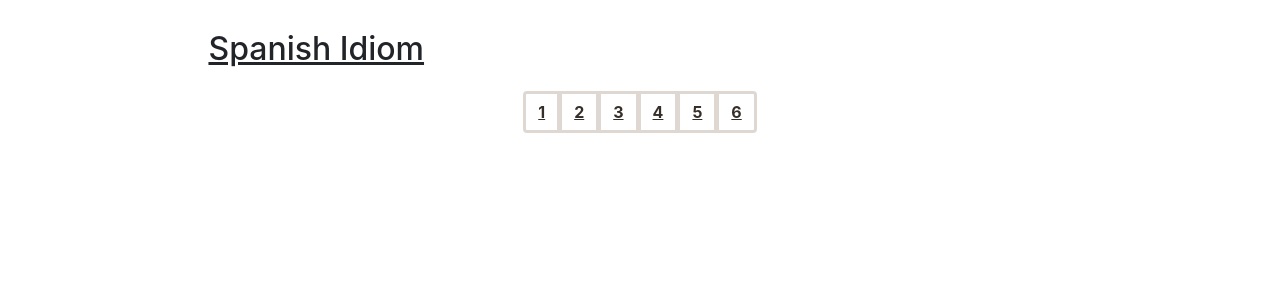
Repository: JK27/idioms-english-spanish
Page: http://localhost/
The author's editor kept a record of every edit. The page is drawn from the files as they stood at one moment, then again after the next edit.
The browser window is 1280 px wide. The pictures show the whole page.
Some web libraries are served in a nearby version. The page is served by the project's application, run on Flask 3 (idioms.py). Queries for data that is not in the repository find no rows.

Above is the page before.

After the next edit:
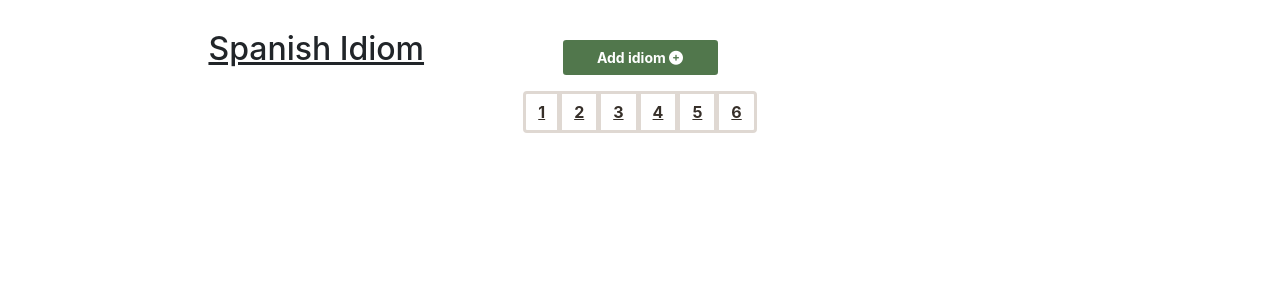
The edit:
--- a/templates/idioms.html
+++ b/templates/idioms.html
@@ -8,7 +8,7 @@
         </div>
     <!--</div>-->
     <!--<div class="col">-->
-        <div class="d-none col-md-2">
+        <div class="col-d-none col-md-2">
             <a class="btn btn-success btn-sm" id="add-button" href="{{url_for('add_idiom')}}" role="button"><strong>Add idiom </strong><i class="fas fa-plus-circle"></i></a>
         </div>
     <!--</div>-->
